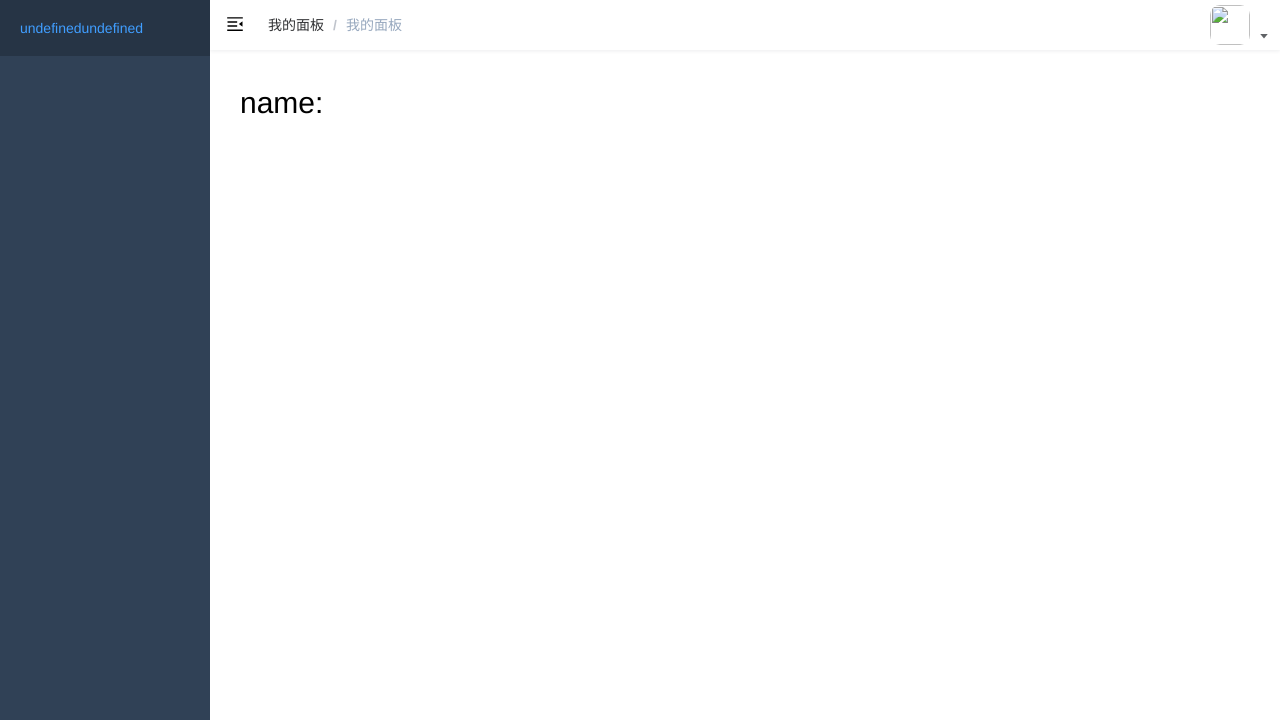
Repository: hongcheng-choi/yck-admin
Page: /#/index
These files come from the project's save history. The page is drawn as it stood at one moment and after the next save; the edit follows.
The browser window is 1280 px wide. The pictures show the whole page.
The page's requests for data from a server got no answer. The project was rebuilt for these pictures with package versions that can differ from the ones it lists, and the page was loaded fresh each time. No one was signed in, and anything a server would have sent is missing. Also part of the build but not shown: vue.config.js, src/layout/components/Sidebar/Logo.vue, src/styles/variables.scss.

Above is the page before, as saved 2020-08-03 17:33:18.

After the next save:
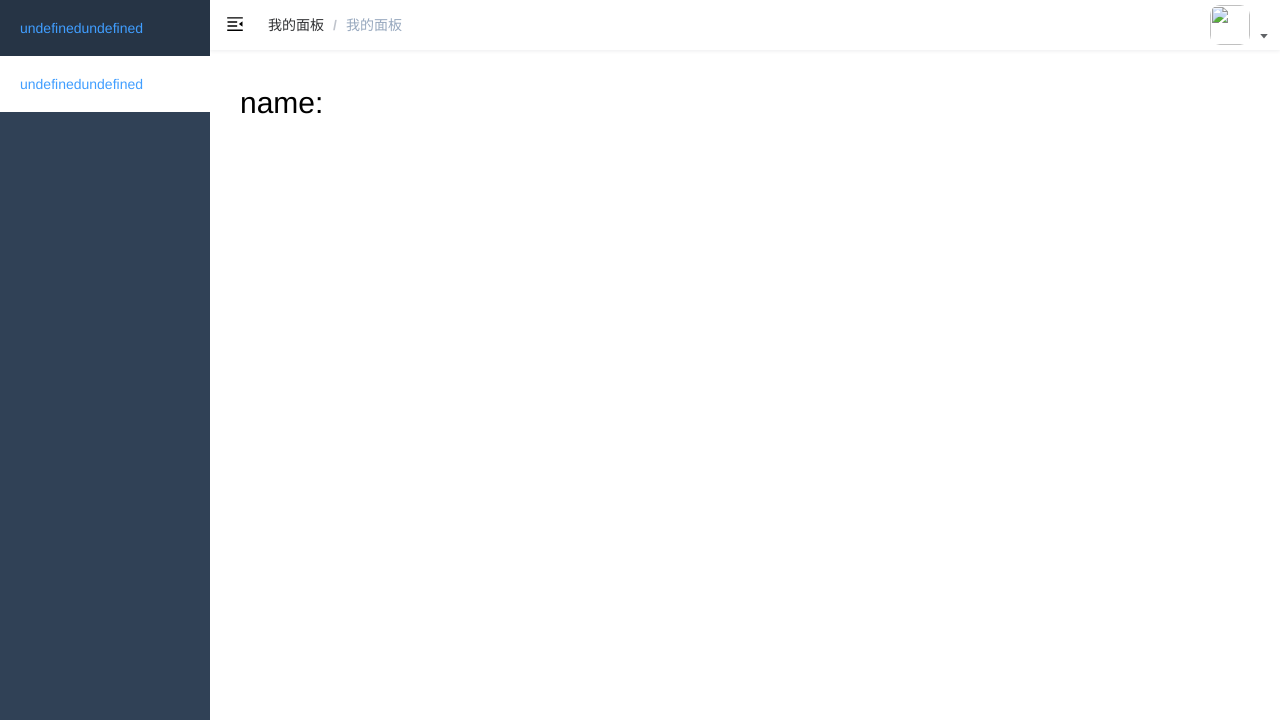
Saved 48 s later.
--- a/src/router/index.js
+++ b/src/router/index.js
@@ -47,6 +47,17 @@ export const constantRoutes = [
       meta: { title: '我的面板', icon: 'dashboard' }
     }]
   },
+  {
+    path: '/',
+    component: Layout,
+    redirect: '/index',
+    children: [{
+      path: 'index',
+      name: 'Index',
+      component: () => import('@/views/index/index'),
+      meta: { title: '我的面板', icon: 'dashboard' }
+    }]
+  },
 ]
 
 const createRouter = () => new Router({
